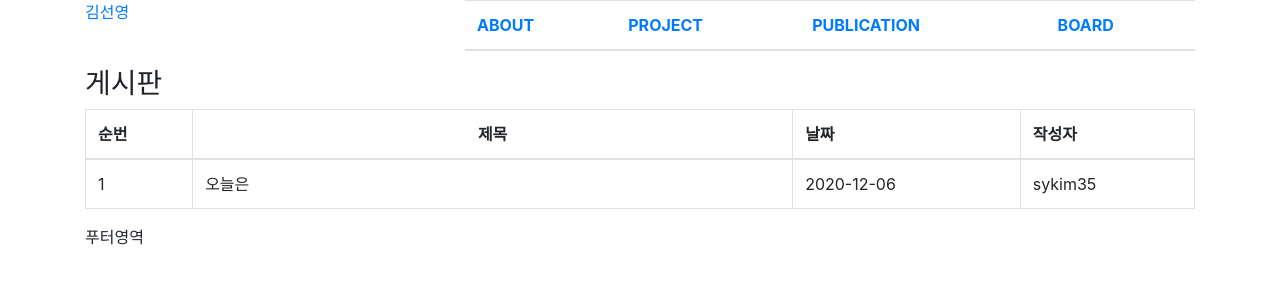
Repository: supremest35/web-projects
Page: http://localhost/noticeboard/board/list.jsp
These files come from the project's save history. The page is drawn as it stood at one moment and after the next save; the edit follows.
The browser window is 1280 px wide. The pictures show the whole page.
The page is served by Tomcat 9. Other server files are loaded and not shown.

Above is the page before, as saved 2020-12-06 03:53:07.

### noticeboard/WebContent/board/list.jsp
<%@ page language="java" contentType="text/html; charset=UTF-8"
    pageEncoding="UTF-8"%>
<!DOCTYPE html>
<html lang="ko">
<head>
  <title>Bootstrap 4 Example</title>
  <meta charset="utf-8">
  <meta name="viewport" content="width=device-width, initial-scale=1">
  <link rel="stylesheet" href="https://maxcdn.bootstrapcdn.com/bootstrap/4.5.2/css/bootstrap.min.css">
  <script src="https://ajax.googleapis.com/ajax/libs/jquery/3.5.1/jquery.min.js"></script>
  <script src="https://cdnjs.cloudflare.com/ajax/libs/popper.js/1.16.0/umd/popper.min.js"></script>
  <script src="https://maxcdn.bootstrapcdn.com/bootstrap/4.5.2/js/bootstrap.min.js"></script>
  <style>

  	#title {
  		width:600px;
  		text-align: center;
  	}

  </style>
</head>
<body>
<div class="container">
	<div class="row">
		<div class="col-2"><a href="index.jsp">김선영</a></div>
		<div class="col-2"></div>
		<div class="col-8">
			<table class="table">
				<thead>
					<tr>
						<th><a href="">ABOUT</a></th>
						<th><a href="">PROJECT</a></th>
						<th><a href="">PUBLICATION</a></th>
						<th><a href="board/list.jsp">BOARD</a></th>
					</tr>
				</thead>
			</table>
		</div>
	</div>
	<div class="row">
		<div class="col-12"><h3>게시판</h3></div>
		<div class="col-12">
			<div class="table">
				<table class="table table-bordered table-hover">
					<thead>
						<tr>
							<th>순번</th>
							<th id="title">제목</th>
							<th>날짜</th>
							<th>작성자</th>
						</tr>
					</thead>
					<tbody>
						<tr>
							<td>1</td>
							<td>오늘은</td>
							<td>2020-12-06</td>
							<td>sykim35</td>
						</tr>
					</tbody>
				</table>
			</div>
		</div>
	</div>
	<div class="row">
		<div class="col-12">푸터영역</div>
	</div>
</div>
</body>
</html>

After the next save:
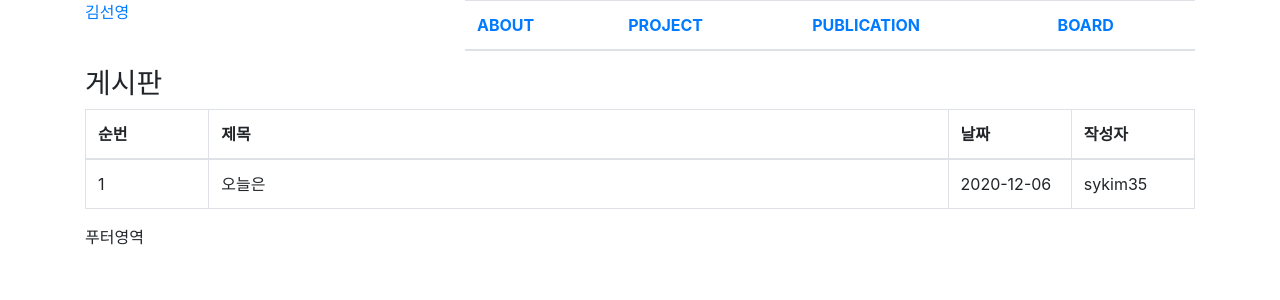
Saved 74 s later.
--- a/noticeboard/WebContent/board/list.jsp
+++ b/noticeboard/WebContent/board/list.jsp
@@ -10,14 +10,6 @@
   <script src="https://ajax.googleapis.com/ajax/libs/jquery/3.5.1/jquery.min.js"></script>
   <script src="https://cdnjs.cloudflare.com/ajax/libs/popper.js/1.16.0/umd/popper.min.js"></script>
   <script src="https://maxcdn.bootstrapcdn.com/bootstrap/4.5.2/js/bootstrap.min.js"></script>
-  <style>
-
-  	#title {
-  		width:600px;
-  		text-align: center;
-  	}
-
-  </style>
 </head>
 <body>
 <div class="container">
@@ -44,10 +36,10 @@
 				<table class="table table-bordered table-hover">
 					<thead>
 						<tr>
-							<th>순번</th>
-							<th id="title">제목</th>
-							<th>날짜</th>
-							<th>작성자</th>
+							<th style="width: 100px; text-align= center;">순번</th>
+							<th style="width: 600px; text-align= center;">제목</th>
+							<th style="width: 100px; text-align= center;">날짜</th>
+							<th style="width: 100px; text-align= center;">작성자</th>
 						</tr>
 					</thead>
 					<tbody>
